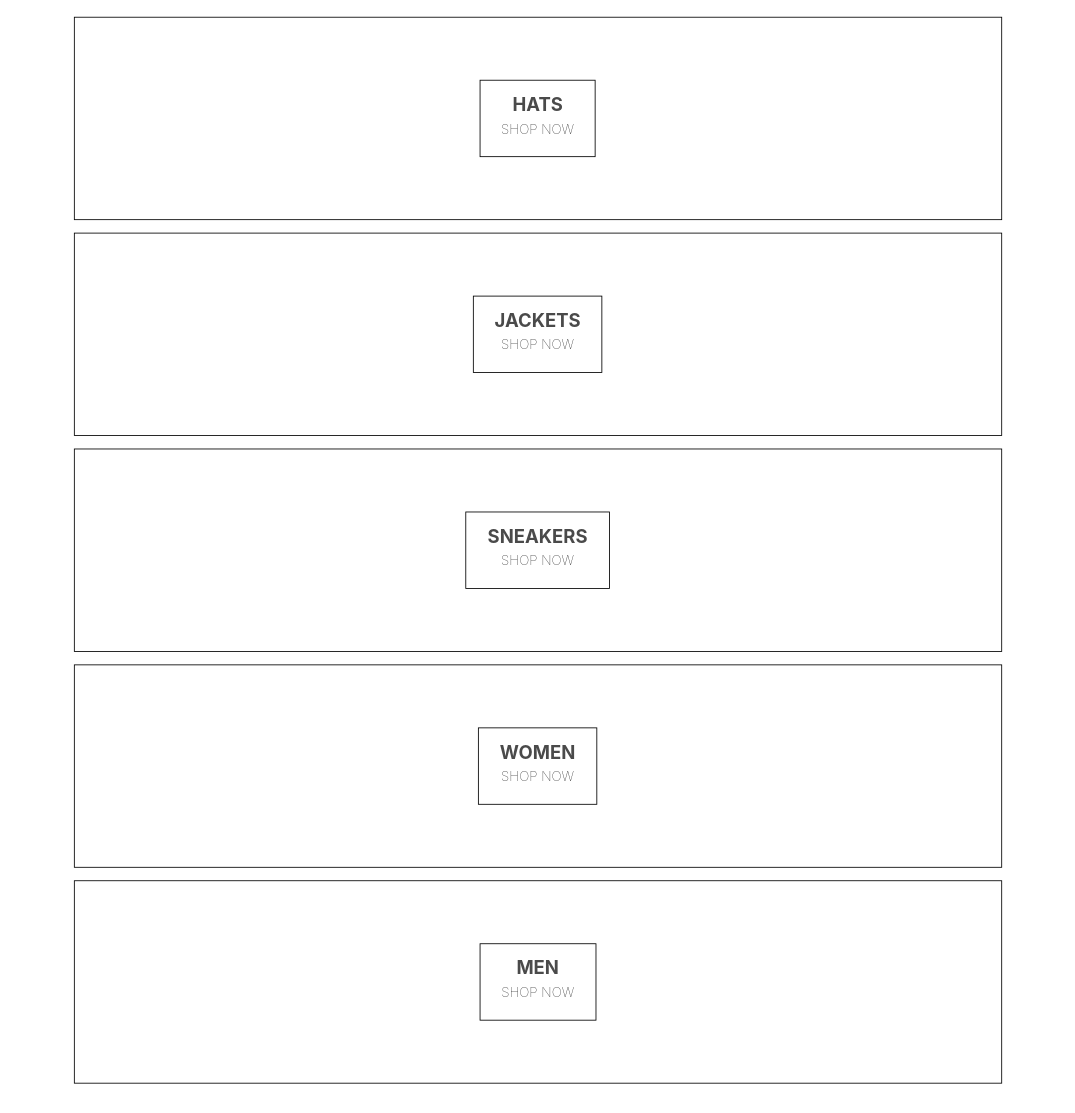
Repository: Daga01/clothing-ecommerce
Page: /
These files come from the project's save history. The page is drawn as it stood at one moment and after the next save; the edit follows.
The browser window is 1280 px wide. The pictures show the whole page, at 84% of full size.
The project was rebuilt for these pictures with package versions that can differ from the ones it lists, and the page was loaded fresh each time. Also part of the build but not shown: src/App.css.

Above is the page before, as saved 2020-01-30 17:17:22.

After the next save:
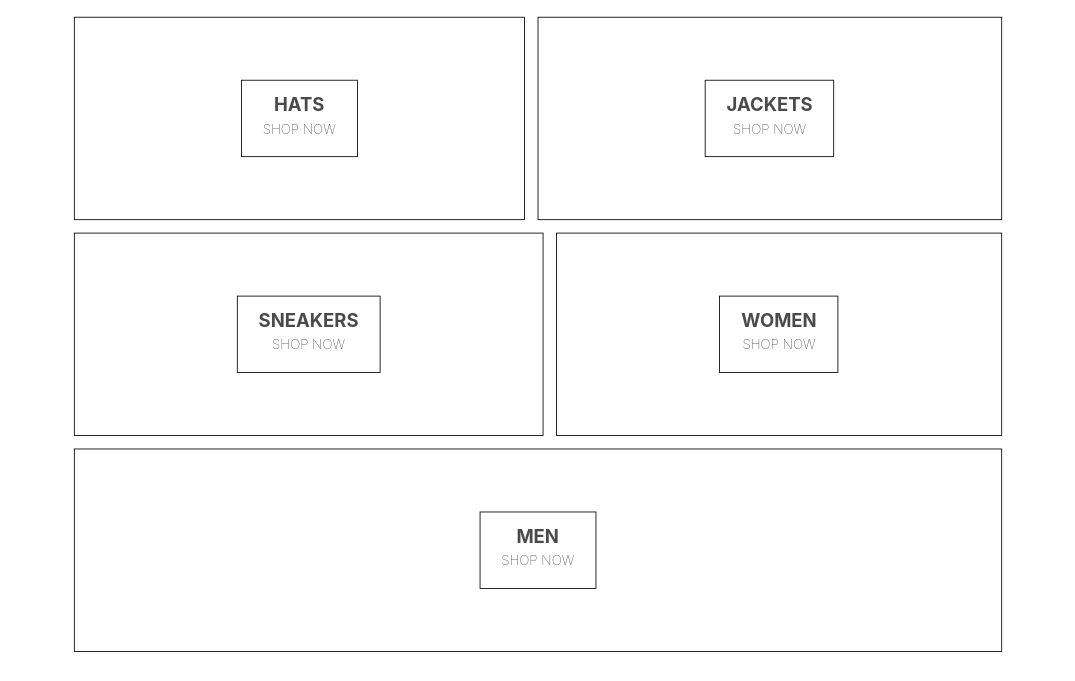
Saved 12 s later.
--- a/src/homepage.styles.scss
+++ b/src/homepage.styles.scss
@@ -13,7 +13,7 @@
 }
 
 .menu-item {
-  min-width: 50%;
+  min-width: 40%;
   height: 240px;
   flex: 1 1 auto;
   display: flex;
